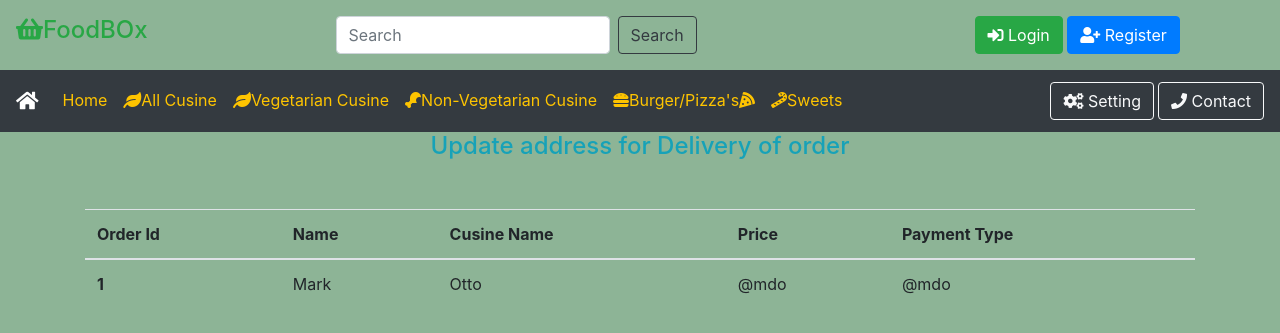
Repository: debjaniprofessional32/Capstone-Final-FoodBox-Delivery-Project
Page: http://localhost/OnlinFoodBOX/order.jsp
An editor plug-in stored every save of this project. The page is shown before and after the next save, followed by the edit.
The browser window is 1280 px wide. The pictures show the whole page.
Some web libraries are served in a nearby version. The page is served by Tomcat 9. Other server files are loaded and not shown.

Above is the page before, as saved 2022-12-23 12:43:37.

### OnlinFoodBOX/src/main/webapp/order.jsp
<%@ page language="java" contentType="text/html; charset=ISO-8859-1"
    pageEncoding="ISO-8859-1"%>
<!DOCTYPE html>
<html>
<head>
<meta charset="ISO-8859-1">
<title>order</title>
<%@include file="all_Component/allCss.jsp"%>
<link rel="stylesheet" href="all_Component/style.css">
</head>
<body style="background-color:#8DB496 ">
<%@include file="all_Component/navbar.jsp"%>
<div class="container">
<h4 class="text-center text-info">Update address for Delivery of order</h4>
<table class="table table-hover mt-5">
  <thead>
    <tr>
      <th scope="col">Order Id</th>
      <th scope="col">Name</th>
      <th scope="col">Cusine Name</th>
      <th scope="col">Price</th>
      <th scope="col">Payment Type</th>
    </tr>
  </thead>
  <tbody>
    <tr>
      <th scope="row">1</th>
      <td>Mark</td>
      <td>Otto</td>
      <td>@mdo</td>
      <td>@mdo</td>
    </tr>


  </tbody>
</table>


</div>
</body>
</html>

### OnlinFoodBOX/src/main/webapp/all_Component/allCss.jsp
<link rel="stylesheet"
	href="https://cdn.jsdelivr.net/npm/bootstrap@4.0.0/dist/css/bootstrap.min.css"
	integrity="sha384-Gn5384xqQ1aoWXA+058RXPxPg6fy4IWvTNh0E263XmFcJlSAwiGgFAW/dAiS6JXm"
	crossorigin="anonymous">
<script src="https://code.jquery.com/jquery-3.2.1.slim.min.js"
	integrity="sha384-KJ3o2DKtIkvYIK3UENzmM7KCkRr/rE9/Qpg6aAZGJwFDMVNA/GpGFF93hXpG5KkN"
	crossorigin="anonymous"></script>
<script
	src="https://cdn.jsdelivr.net/npm/popper.js@1.12.9/dist/umd/popper.min.js"
	integrity="sha384-ApNbgh9B+Y1QKtv3Rn7W3mgPxhU9K/ScQsAP7hUibX39j7fakFPskvXusvfa0b4Q"
	crossorigin="anonymous"></script>
<script
	src="https://cdn.jsdelivr.net/npm/bootstrap@4.0.0/dist/js/bootstrap.min.js"
	integrity="sha384-JZR6Spejh4U02d8jOt6vLEHfe/JQGiRRSQQxSfFWpi1MquVdAyjUar5+76PVCmYl"
	crossorigin="anonymous"></script>
<link rel="stylesheet"
	href="https://cdnjs.cloudflare.com/ajax/libs/font-awesome/5.15.3/css/all.min.css"
	integrity="sha512-iBBXm8fW90+nuLcSKlbmrPcLa0OT92xO1BIsZ+ywDWZCvqsWgccV3gFoRBv0z+8dLJgyAHIhR35VZc2oM/gI1w=="
	crossorigin="anonymous" referrerpolicy="no-referrer" />

### OnlinFoodBOX/src/main/webapp/all_Component/navbar.jsp
 <%@ taglib prefix="c" uri="http://java.sun.com/jsp/jstl/core" %>
 <%@ page isELIgnored = "false" %>
 <style type="text/css">
 .navbar {
     background: #000000
 }

 .nav-item::after {
     content: '';
     display: block;
     width: 0px;
     height: 2px;
     background: #fec400;
     transition: 0.4s
 }

 .nav-item:hover::after {
     width: 100%
 }

 .navbar-dark .navbar-nav .active>.nav-link,
 .navbar-dark .navbar-nav .nav-link.active,
 .navbar-dark .navbar-nav .nav-link.show,
 .navbar-dark .navbar-nav .show>.nav-link,
 .navbar-dark .navbar-nav .nav-link:focus,
 .navbar-dark .navbar-nav .nav-link:hover {
     color: #fec400
 }

 .nav-link {
     padding: 10px 5px;
     transition: 0.2s
 }

 body{
     background-color:grey;
 }
</style>
<div class="container-fluid p-3">
	<div class="row">

		<div class="col-md-3 text-success">

<h4><i class='fa fa-shopping-basket'></i>FoodBOx</h4>
		</div>

		<div class="col-md-6">
			<form class="form-inline my-2 my-lg-0">
				<input class="form-control mr-sm-2" type="search"
					placeholder="Search" aria-label="Search">
				<button class="btn btn-outline-dark my-2 my-sm-0" type="submit">Search</button>
			</form>
		</div>
		<c:if test="${not empty userobj}">
		<div class="col-md-3">
		    <a href="checkout.jsp" class="mt-6"><i class='fas fa-cart-plus fa-2x '></i></a>
			<a href="login.jsp" class="btn btn-success"><i class='fas fa-user-plus'></i>&nbsp;${userobj.name}</a>
			<a href="logout" class="btn btn-primary "><i class='fas fa-sign-in-alt'></i>&nbsp;Logout</a>
		</div>

		</c:if>
		<c:if test="${empty userobj}">
		<div class="col-md-3">
			<a href="login.jsp" class="btn btn-success"><i class='fas fa-sign-in-alt'></i>&nbsp;Login</a>
			<a href="rejister.jsp" class="btn btn-primary "><i class='fas fa-user-plus'></i>&nbsp;Register</a>
		</div>

		</c:if>

	</div>



</div>


<nav class="navbar navbar-expand-lg navbar-dark bg-dark">
  <a class="navbar-brand " href="#"><i class="fas fa-home"></i></a>
  <button class="navbar-toggler" type="button" data-toggle="collapse" data-target="#navbarSupportedContent" aria-controls="navbarSupportedContent" aria-expanded="false" aria-label="Toggle navigation">
    <span class="navbar-toggler-icon"></span>
  </button>

  <div class="collapse navbar-collapse" id="navbarSupportedContent">
    <ul class="navbar-nav mr-auto">
      <li class="nav-item active "><a class="nav-link " href="index.jsp">Home <span class="sr-only">(current)</span></a></li>
      <li class="nav-item active"><a class="nav-link" href="all_veg.jsp"><i class="fa fa-leaf"></i>All Cusine</a></li>
      <li class="nav-item active"><a class="nav-link" href="all_veg1.jsp"><i class="fa fa-leaf"></i>Vegetarian Cusine</a></li>
      <li class="nav-item active"><a class="nav-link " href="all_nonveg.jsp"><i class='fas fa-drumstick-bite'></i>Non-Vegetarian Cusine</a></li>
      <li class="nav-item active"><a class="nav-link " href="all_Bpizza.jsp"><i class='fas fa-hamburger'></i>Burger/Pizza's<i class='fas fa-pizza-slice'></i></a></li>
      <li class="nav-item active"><a class="nav-link " href="all_sweet.jsp"><i class='fas fa-candy-cane'></i>Sweets</a></li>
    </ul>
    <form class="form-inline my-2 my-lg-0">
     <a class="btn btn-outline-light my-2 my-sm-0" href="setting.jsp" class="outline-light"><i class='fa fa-cogs '></i>&nbsp;Setting</a>
      <button class="btn btn-outline-light my-2 my-sm-0 ml-1" type="submit"><i class='fa fa-phone'></i>&nbsp;Contact</button>
    </form>
  </div>
</nav>

### OnlinFoodBOX/src/main/webapp/all_Component/style.css
 .navbar-nav active .nav-link:hover {

    background-color:#b2ff59;
    text-color:#000000;
    border-radius:10px;
}
.navbar-item:hover {


    text-color:#000000;

}

.carousel {
  width:auto;
  height:400px;
}

After the next save:
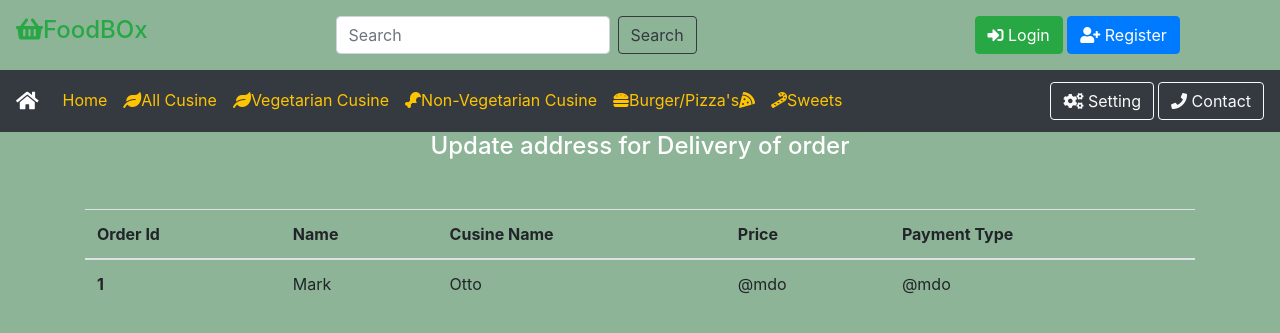
Saved 12 s later.
--- a/OnlinFoodBOX/src/main/webapp/order.jsp
+++ b/OnlinFoodBOX/src/main/webapp/order.jsp
@@ -11,7 +11,7 @@
 <body style="background-color:#8DB496 ">
 <%@include file="all_Component/navbar.jsp"%>
 <div class="container">
-<h4 class="text-center text-info">Update address for Delivery of order</h4>
+<h4 class="text-center text-white">Update address for Delivery of order</h4>
 <table class="table table-hover mt-5">
   <thead>
     <tr>
